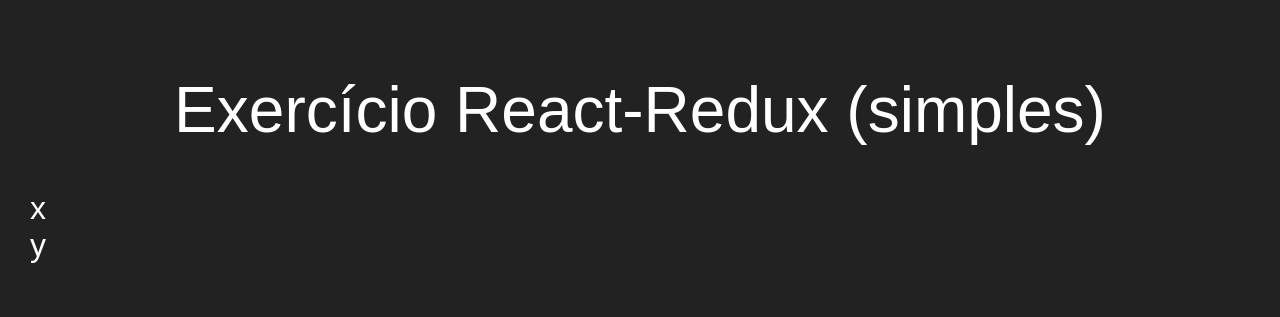
Repository: Henrique-Franca/Clear-Redux-Simples
Page: /
These files come from the project's save history. The page is drawn as it stood at one moment and after the next save; the edit follows.
The browser window is 1280 px wide. The pictures show the whole page.
The project was rebuilt for these pictures with package versions that can differ from the ones it lists, and the page was loaded fresh each time.

Above is the page before, as saved 2022-11-21 11:44:26.

After the next save:
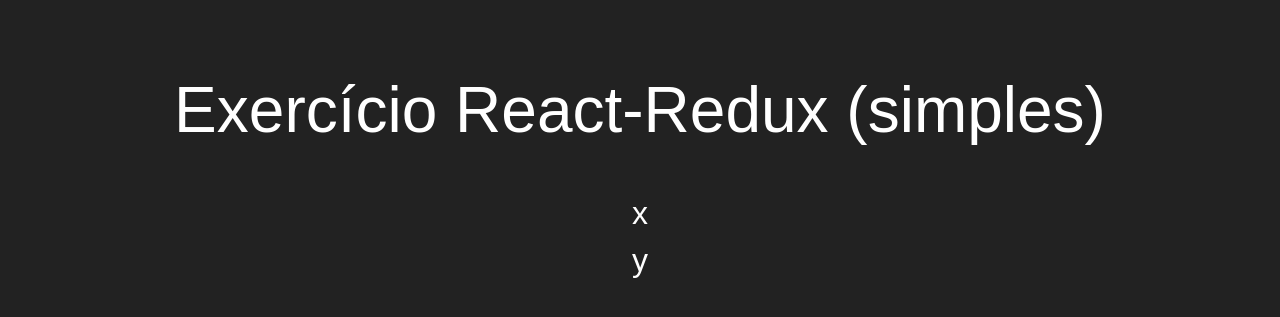
Saved 17 s later.
--- a/src/components/Card.css
+++ b/src/components/Card.css
@@ -1,5 +1,6 @@
 .Card{
     flex: 1;
     display: flex;
-    flex-direction:
+    flex-direction:column;
+    margin: 5px;
 }
